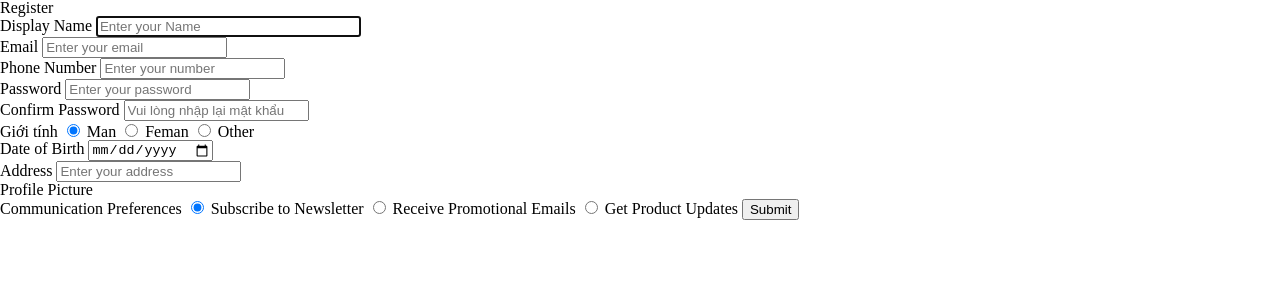
Repository: lannguyen1301/f8-zoom-day-4
Page: form.html
The author's editor kept a copy of each file at every save. The page is drawn from the files as they stood at one save, then again after the next save.
The browser window is 1280 px wide. The pictures show the whole page.

Above is the page before, as saved 2025-04-19 22:12:58.

After the next save:
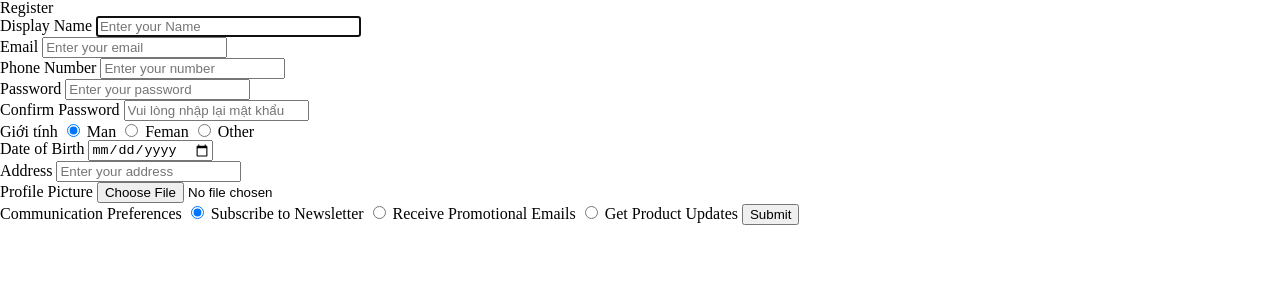
Saved 11 min 41 s later.
--- a/form.html
+++ b/form.html
@@ -68,7 +68,7 @@
 
         <div class="form-group">
             <label for="">Profile Picture</label>
-            <input type="image" src="" alt="">
+            <input type="file" src="" alt="">
         </div>
 
         <div class="form-group">
